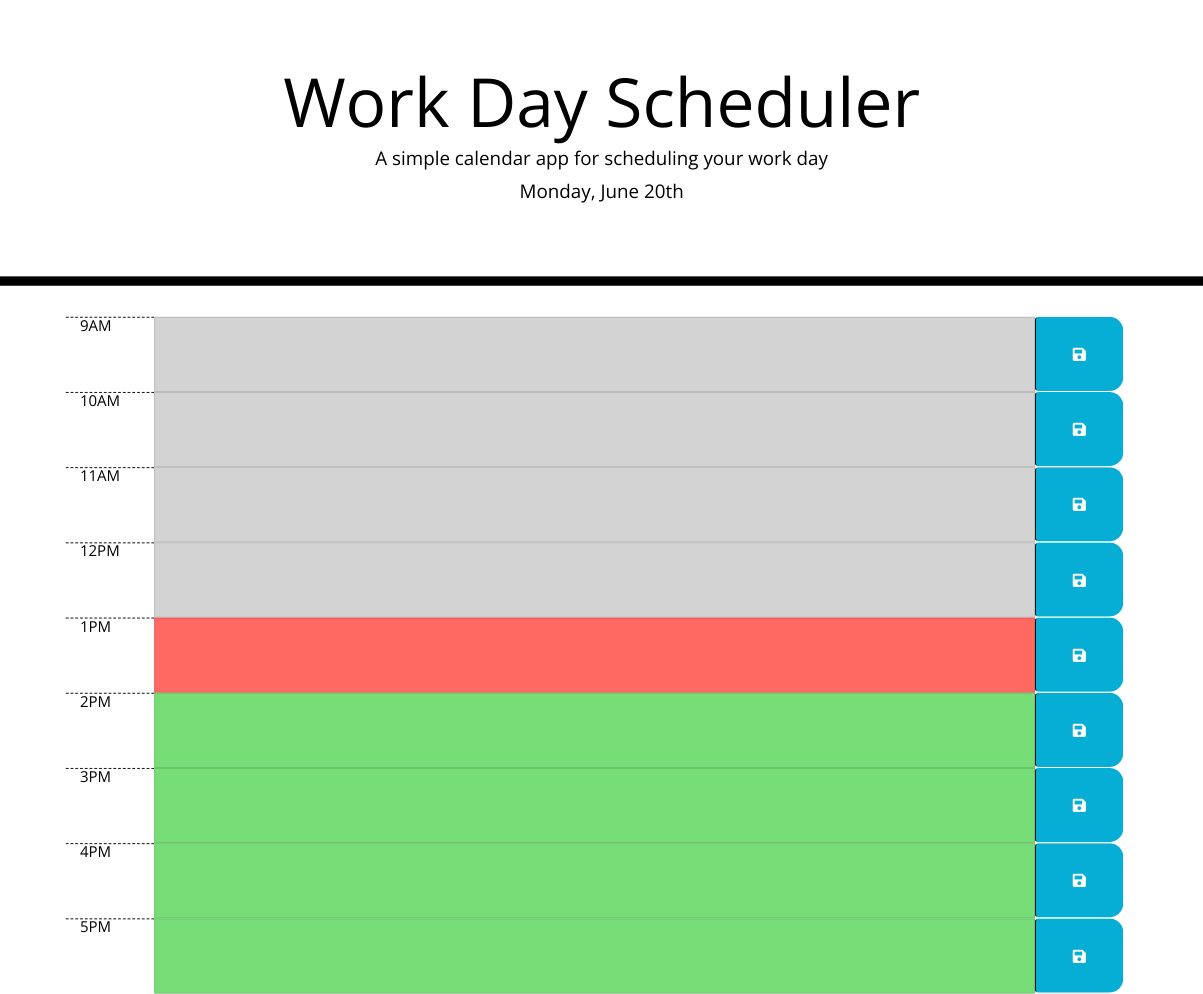
Repository: dtierney21/work-day-scheduler
Page: index.html
The author's editor kept a copy of each file at every save. The page is drawn from the files as they stood at one save, then again after the next save.
The browser window is 1280 px wide. The pictures show the whole page, at 94% of full size.
Some web libraries are served in a nearby version.

Above is the page before, as saved 2022-06-28 15:45:48.

### index.html
<!DOCTYPE html>
<html lang="en">
  <head>
    <meta charset="UTF-8" />
    <meta name="viewport" content="width=device-width, initial-scale=1.0" />
    <meta http-equiv="X-UA-Compatible" content="ie=edge" />
    <link
      rel="stylesheet"
      href="https://stackpath.bootstrapcdn.com/bootstrap/4.3.1/css/bootstrap.min.css"
    />
    <link
      rel="stylesheet"
      href="https://use.fontawesome.com/releases/v5.8.1/css/all.css"
      integrity="sha384-50oBUHEmvpQ+1lW4y57PTFmhCaXp0ML5d60M1M7uH2+nqUivzIebhndOJK28anvf"
      crossorigin="anonymous"
    />
    <link
      href="https://fonts.googleapis.com/css?family=Open+Sans&display=swap"
      rel="stylesheet"
    />
    <link rel="stylesheet" href="./assets/css/style.css" />
    <title>Work Day Scheduler</title>
  </head>

  <body>
    <header class="jumbotron">
      <h1 class="display-3">Work Day Scheduler</h1>
      <p class="lead">A simple calendar app for scheduling your work day</p>
      <p id="currentDay" class="lead"></p>
    </header>
    <section class="container">
      <!-- Timeblocks go here -->
            <ul class="list-group col-12">
                <div class="row">
                    <p class="hour col-1">9AM</p>
                    <input type='text' class="list-group-item description col-10" data-hour="9">
                    <button class="btn saveBtn col-1" type="submit"><i class="fa fa-save"></i></button>
                </div>
                <div class="row">
                    <p class="hour col-1">10AM</p>
                    <input type='text' class="list-group-item description col-10" data-hour="10">
                    <button class="btn saveBtn col-1" type="submit"><i class="fa fa-save"></i></button>
                </div>
                <div class="row">
                    <p class="hour col-1">11AM</p>
                    <input type='text' class="list-group-item description col-10" data-hour="11">
                    <button class="btn saveBtn col-1" type="submit"><i class="fa fa-save"></i></button>
                </div>
                <div class="row">
                    <p class="hour col-1">12PM</p>
                    <input type='text' class="list-group-item description col-10" data-hour="12">
                    <button class="btn saveBtn col-1" type="submit"><i class="fa fa-save"></i></button>
                </div>
                <div class="row">
                    <p class="hour col-1">1PM</p>
                    <input type='text' class="list-group-item description col-10" data-hour="13">
                    <button class="btn saveBtn col-1" type="submit"><i class="fa fa-save"></i></button>
                </div>
                <div class="row">
                    <p class="hour col-1">2PM</p>
                    <input type='text' class="list-group-item description col-10" data-hour="14">
                    <button class="btn saveBtn col-1" type="submit"><i class="fa fa-save"></i></button>
                </div>
                <div class="row">
                    <p class="hour col-1">3PM</p>
                    <input type='text' class="list-group-item description col-10" data-hour="15">
                    <button class="btn saveBtn col-1" type="submit"><i class="fa fa-save"></i></button>
                </div>
                <div class="row">
                    <p class="hour col-1">4PM</p>
                    <input type='text' class="list-group-item description col-10" data-hour="16">
                    <button class="btn saveBtn col-1" type="submit"><i class="fa fa-save"></i></button>
                </div>
                <div class="row">
                    <p class="hour col-1">5PM</p>
                    <input type='text' class="list-group-item description col-10" data-hour="17">
                    <button class="btn saveBtn col-1" type="submit"><i class="fa fa-save"></i></button>
                </div>
            </ul>
    </section>

    <script src="https://cdnjs.cloudflare.com/ajax/libs/jquery/3.5.1/jquery.min.js"></script>
    <script src="https://cdnjs.cloudflare.com/ajax/libs/moment.js/2.24.0/moment.min.js"></script>
    <script src="./assets/js/script.js"></script>
  </body>
</html>

### assets/css/style.css
body {
  font-family: 'Open Sans', sans-serif;
  font-size: 16px;
  line-height: 1;
}

textarea {
  background: transparent;
  border: none;
  resize: none;
  color: #000000;
  border-left: 1px solid black;
  padding: 10px;
}

.jumbotron {
  text-align: center;
  background-color: transparent;
  color: black;
  border-radius: 0;
  border-bottom: 10px solid black;
}

.description {
  white-space: pre-wrap;
}

.time-block {
  text-align: center;
  border-radius: 15px;
}

.row {
  white-space: pre-wrap;
  height: 80px;
  border-top: 1px solid white;
}

.hour {
  background-color: #ffffff;
  color: #000000;
  border-top: 1px dashed #000000;
}

.past {
  background-color: #d3d3d3;
  color: white;
}

.present {
  background-color: #ff6961;
  color: white;
}

.future {
  background-color: #77dd77;
  color: white;
}

.saveBtn {
  border-left: 1px solid black;
  border-top-right-radius: 15px;
  border-bottom-right-radius: 15px;
  background-color: #06aed5;
  color: white;
}

.saveBtn i:hover {
  font-size: 20px;
  transition: all 0.3s ease-in-out;
}

### assets/js/script.js
var now = moment();
console.log(now);

var currentHour = moment().format('H');
console.log(currentHour);

var currentDayEl = $('#currentDay');
var today = moment().format('dddd, MMMM Do');

currentDayEl.text(today);

var descriptions = localStorage.getItem("descriptions")



$('.description').each(function() {
    if ($(this).data('hour') == currentHour) {
        $(this).addClass('present');
    } else if($(this).data('hour') > currentHour){
        $(this).addClass('future');
    } else {
        $(this).addClass('past');
    }
})

$('.saveBtn').on('click', function() {
    console.log($(this).siblings('.description').val());
    var description = $(this).siblings('.description').val();
    localStorage.setItem('descriptions', description);
})

function setSavedValues() {
    $('.description').each(function() {
        $(this).val('hello');
    })
}

document.onload = setSavedValues;

After the next save:
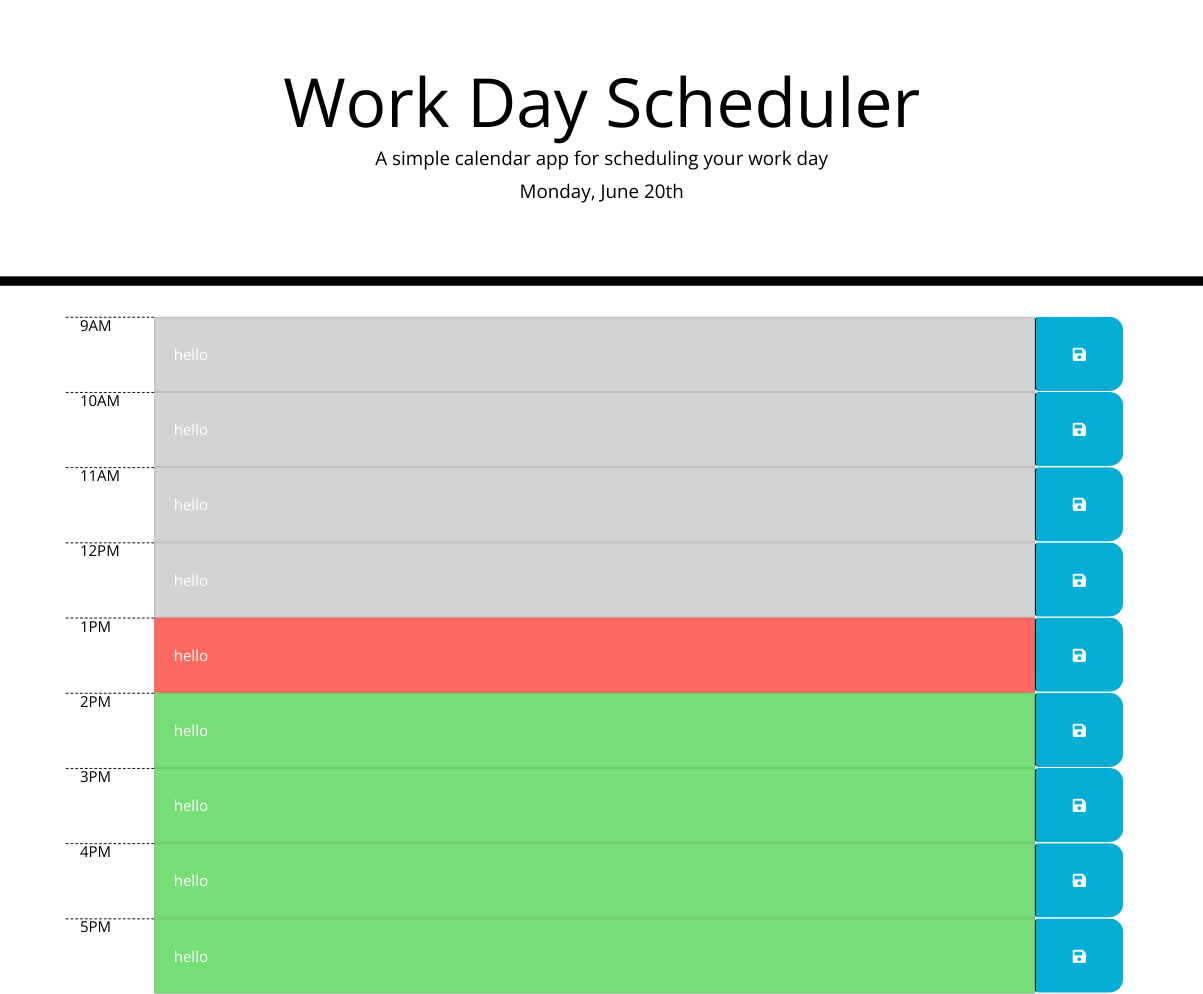
Saved 19 s later.
--- a/index.html
+++ b/index.html
@@ -22,7 +22,7 @@
     <title>Work Day Scheduler</title>
   </head>
 
-  <body>
+  <body onload="setSavedValues()">
     <header class="jumbotron">
       <h1 class="display-3">Work Day Scheduler</h1>
       <p class="lead">A simple calendar app for scheduling your work day</p>

After the 4 saves that followed:
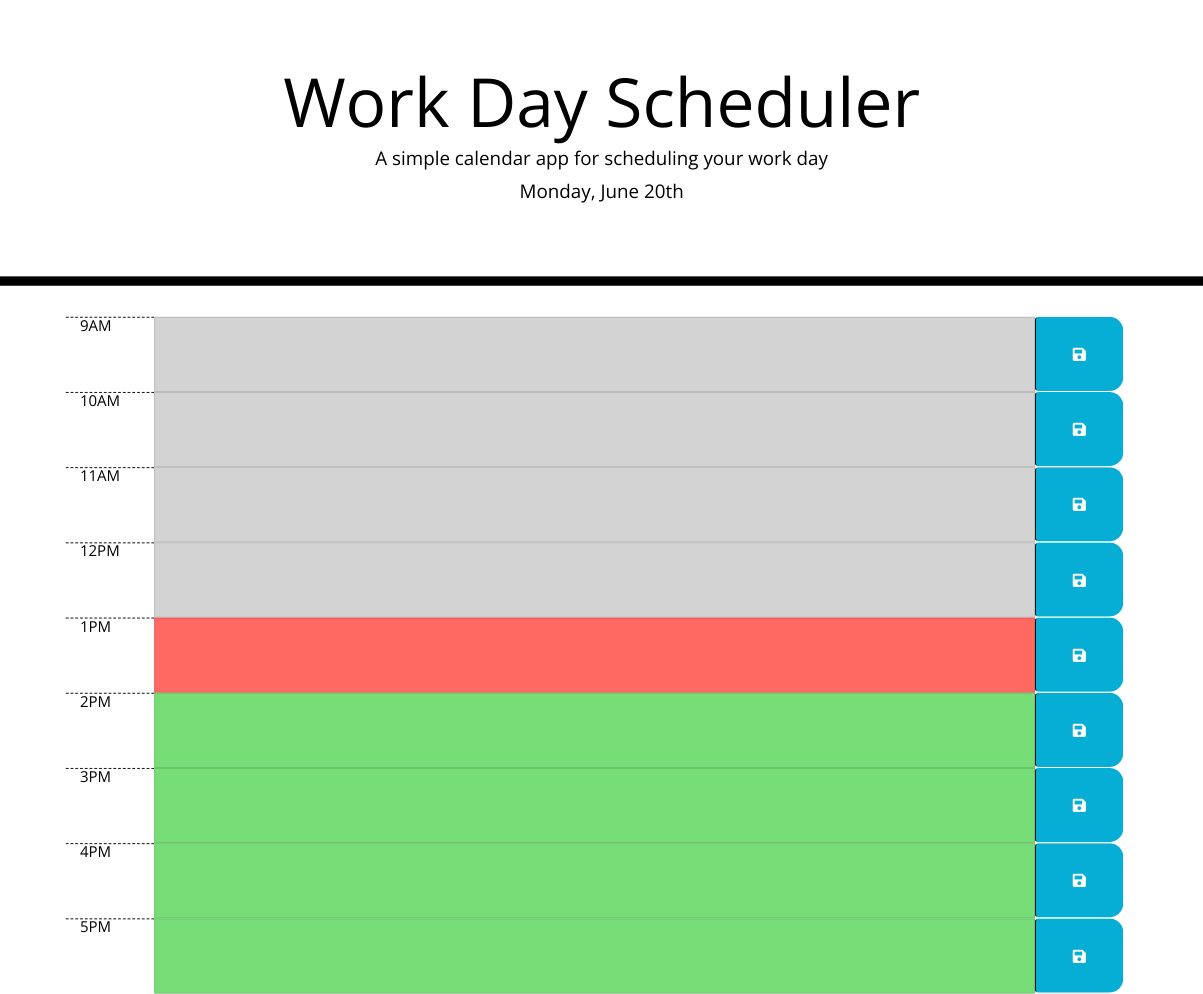
Console error: ReferenceError: setSavedValues is not defined
The 4 saves are shown as one change because 3 left the picture as it was.
The last was saved 4 min 0 s later.
--- a/assets/js/script.js
+++ b/assets/js/script.js
@@ -9,9 +9,7 @@ var today = moment().format('dddd, MMMM Do');
 
 currentDayEl.text(today);
 
-var descriptions = localStorage.getItem("descriptions")
-
-
+//var descriptions = localStorage.getItem("descriptions")
 
 $('.description').each(function() {
     if ($(this).data('hour') == currentHour) {
@@ -24,15 +22,14 @@ $('.description').each(function() {
 })
 
 $('.saveBtn').on('click', function() {
-    console.log($(this).siblings('.description').val());
-    var description = $(this).siblings('.description').val();
-    localStorage.setItem('descriptions', description);
+    //console.log($(this).siblings('.description').val());
+    var key = $(this).siblings('.description').data('hour');
+    var value = $(this).siblings('.description').val();
+    localStorage.setItem(key, value);
 })
 
-function setSavedValues() {
+/*function setSavedValues() {
     $('.description').each(function() {
         $(this).val('hello');
     })
-}
-
-document.onload = setSavedValues;
+}*/
